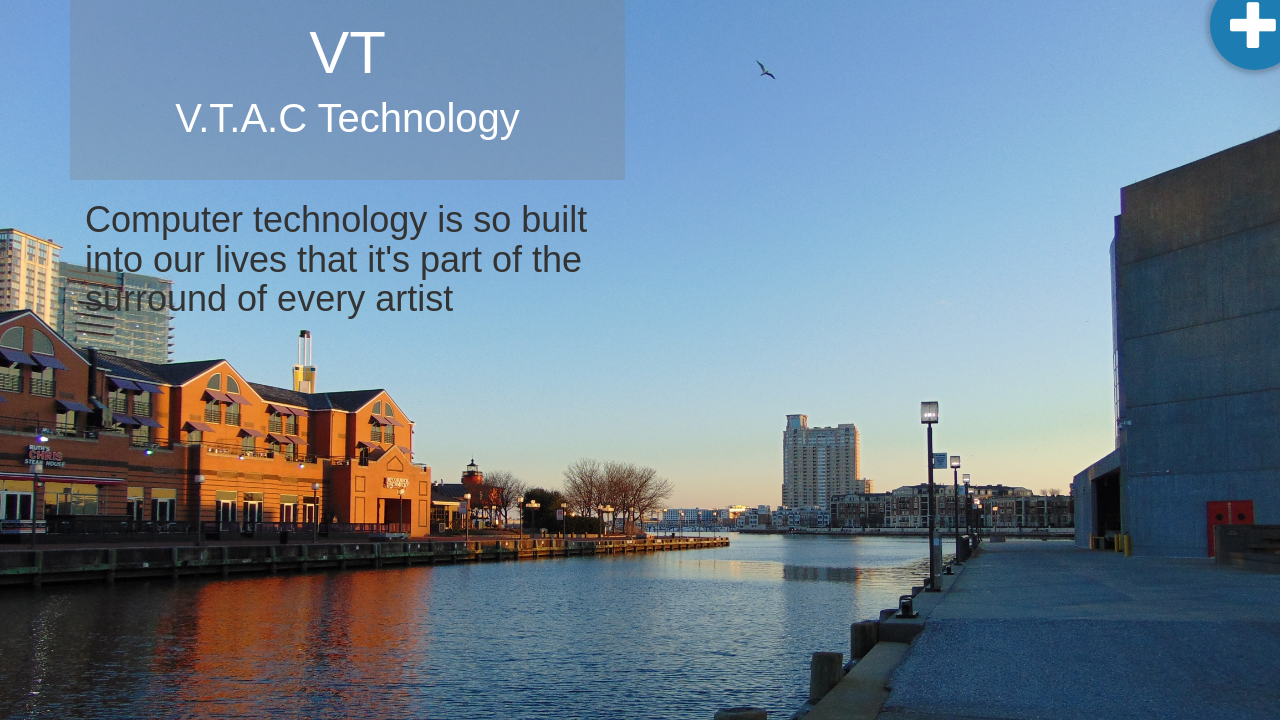
Repository: danidark9312/vtac
Page: http://localhost/vtacTechnology/
These files come from the project's save history. The page is drawn as it stood at one moment and after the next save; the edit follows.
The browser window is 1280 px wide. The pictures show the whole page.
The page is served by Tomcat 9.

Above is the page before, as saved 2017-01-30 18:18:54.
Console error (its wording comes from the project's code and is left out).

After the next save:
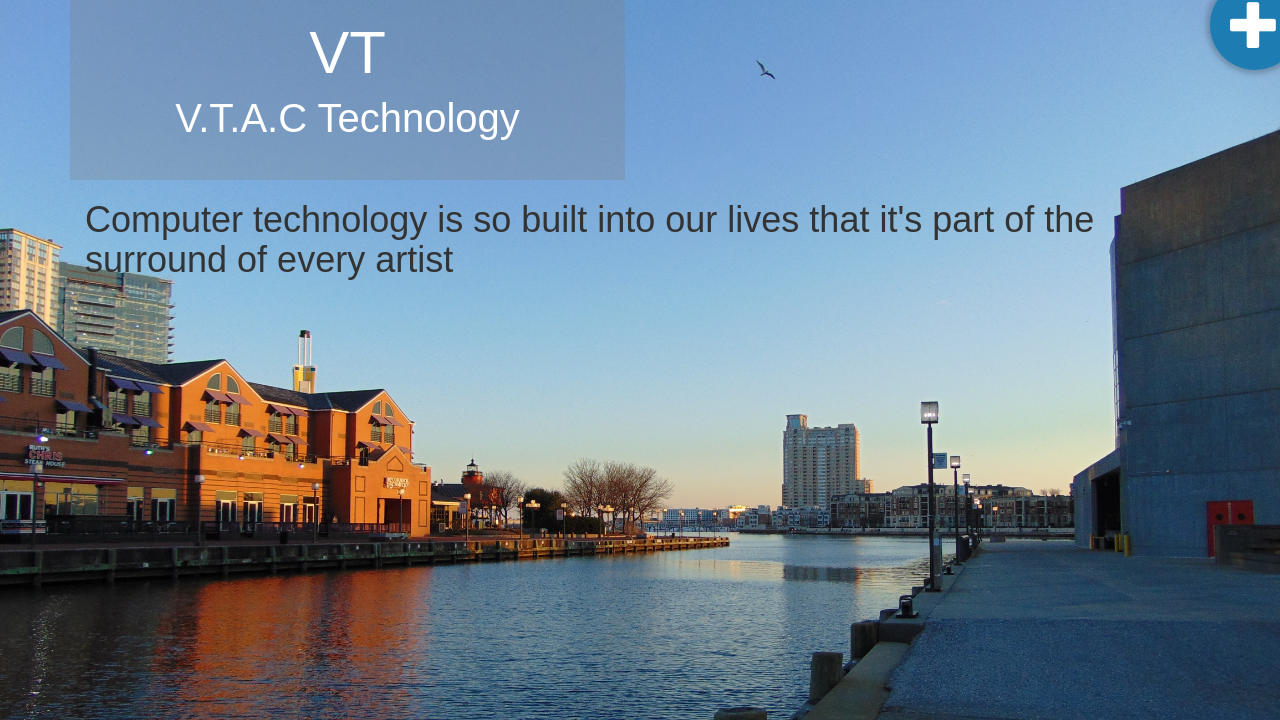
Saved 12 min 6 s later.
--- a/vtacTechnology/WebContent/index.jsp
+++ b/vtacTechnology/WebContent/index.jsp
@@ -38,7 +38,7 @@
 		</div>
 
 		<div class="row">
-			<div class="col-md-6 col-xs-6">
+			<div class="col-md-12 col-xs-12">
 				<div class="col-md-12 col-xs-12">
 					<h1>Computer technology is so built into our lives that it's part of the surround of every artist</h1>
 					<br/>
